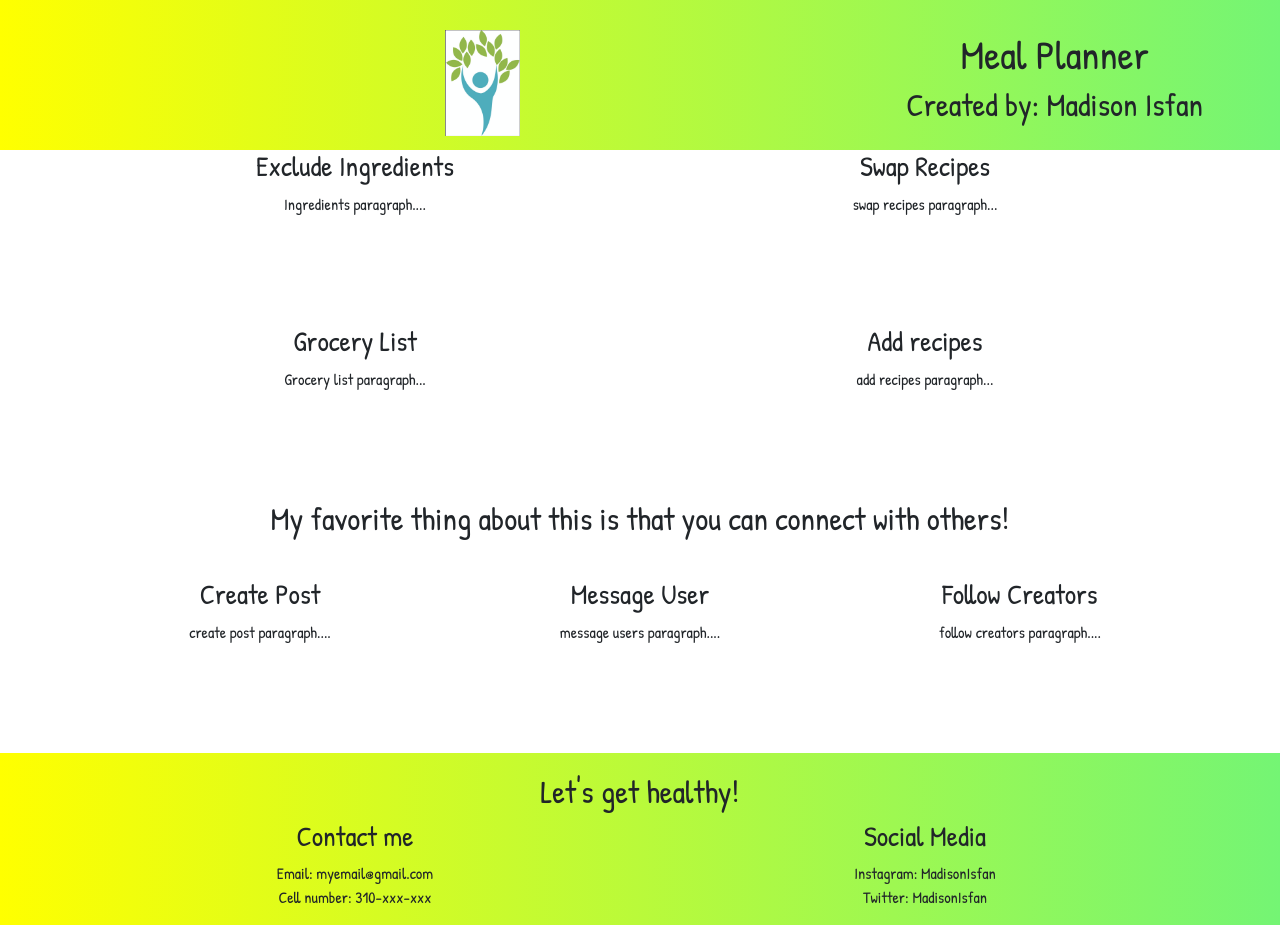
Repository: madisonisfan/Meal-Planner
Page: index.html
These files come from the project's save history. The page is drawn as it stood at one moment and after the next save; the edit follows.
The browser window is 1280 px wide. The pictures show the whole page.
Some web libraries are served in a nearby version.

Above is the page before, as saved 2021-02-19 11:17:27.

After the next save:
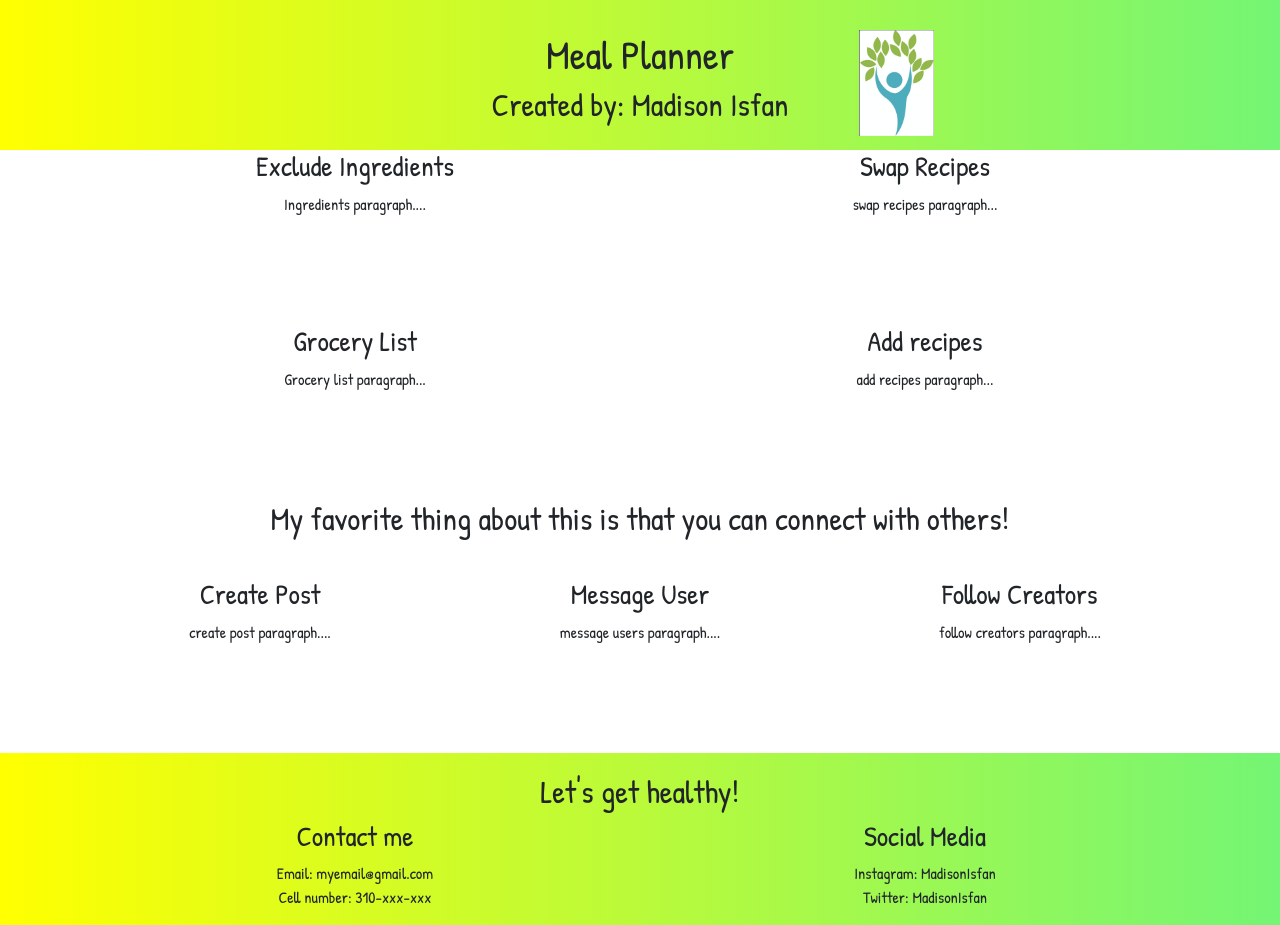
Saved 9 s later.
--- a/index.html
+++ b/index.html
@@ -19,15 +19,16 @@
                 <!--<div class="col text-left ">
                     <!--<img src="healthySymbolSc.jpg">
                 </div> -->
+                <div class="col col-md-4 text-md-center"><!--col-5 col-md text-left text-md-center-->
+                    <h1>Meal Planner</h1>
+                    <h2>Created by: Madison Isfan</h2>
+                </div>
 
                 <div class="col col-md-4 text-right ">
                     <img src="healthySymbolSc.jpg">
                 </div>
 
-                <div class="col col-md-4 text-md-center"><!--col-5 col-md text-left text-md-center-->
-                    <h1>Meal Planner</h1>
-                    <h2>Created by: Madison Isfan</h2>
-                </div>
+
 
 
             </div>
